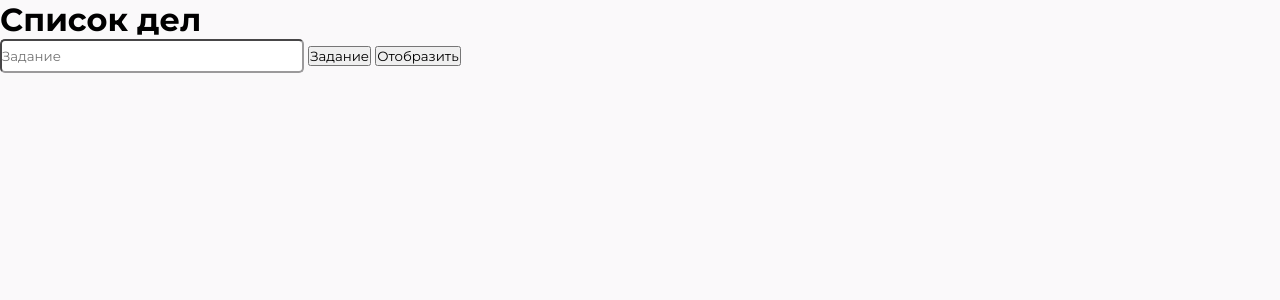
Repository: andbaik/it_unit9
Page: index.html
These files come from the project's save history. The page is drawn as it stood at one moment and after the next save; the edit follows.
The browser window is 1280 px wide. The pictures show the whole page.

Above is the page before, as saved 2021-04-06 21:55:47.

### index.html
<!DOCTYPE html>
<html lang="ru">
<head>
    <meta charset="UTF-8">
    <meta http-equiv="X-UA-Compatible" content="IE=edge">
    <meta name="viewport" content="width=device-width, initial-scale=1.0">
    <title>Список дел</title>
    <link rel="stylesheet" href="/css/style.css">
</head>
<body>

    <head>
        <h1>Список дел</h1>
    </head>
    <section>
        <input type="text" name="task" id="task" placeholder="Задание">
        <button class="add-task btn">Задание</button>
        <button class="show-task btn">Отобразить</button>
        <div class="result"></div>
    </section>
</body>
</html>

### css/style.css
@import url('https://fonts.googleapis.com/css2?family=Montserrat:wght@400;700&display=swap');

* {
    margin: 0;
    padding: 0;
    font-family: 'Montserrat', sans-serif;
    font-size: ;
}

body {
background-color: #FAF9FA;
}

input {
    width: 300px;
    height: 30px;
    border-radius: 5px;
    border-color: #9B9A9B;
    color: #6B6A6B;
    outline: none;
}

9B999B - border
F2F1F2 - btn bacground
6B696B - plasholder color text
C2C1C2 - btn text color

848384 - div color text
C2C1C2 border color div

After the next save:
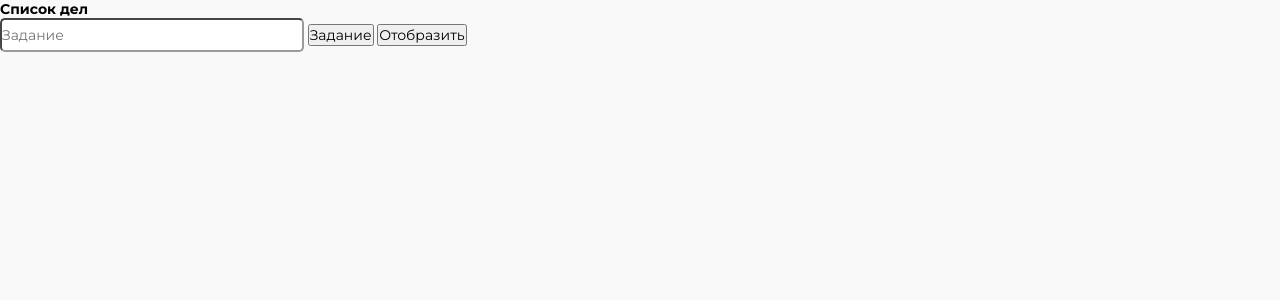
Saved 8 s later.
--- a/css/style.css
+++ b/css/style.css
@@ -4,7 +4,7 @@
     margin: 0;
     padding: 0;
     font-family: 'Montserrat', sans-serif;
-    font-size: ;
+    font-size: 14px;
 }
 
 body {
